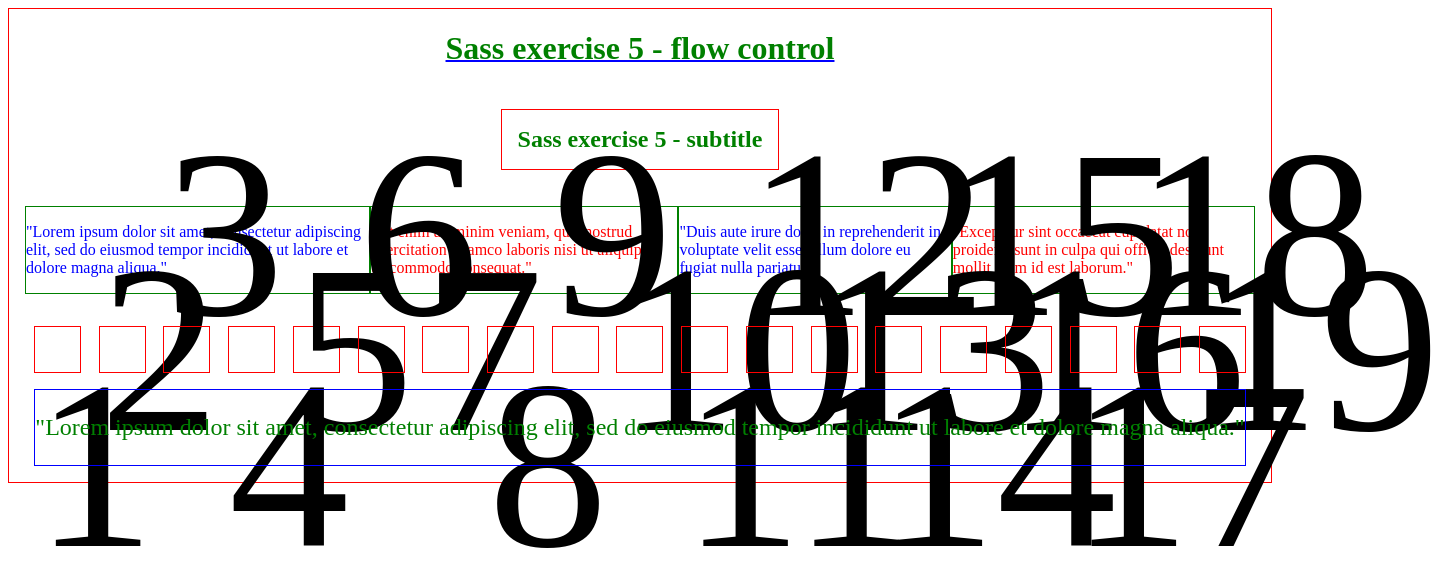
Repository: tr2cky/sass5
Page: index.html
The author's editor kept a copy of each file at every save. The page is drawn from the files as they stood at one save, then again after a run of saves.
The browser window is 1280 px wide. The page is 1440 px wide, then 1280 px, so the pictures cover 1440 px, including what lies to the right of the window. The pictures show the whole page.
The style sheet was rebuilt from its Sass, Less or Tailwind sources for each picture, by a compiler version that may differ from the author's.

Above is the page before, as saved 2022-10-16 13:02:13.

### index.html
<!DOCTYPE html>
<html>
    <head>
        <title>Sass exercise 5 - flow control</title>
        <link rel="stylesheet" href="./style.css">
    </head>
    <body>
        <div class="exercise">
            <h1>Sass exercise 5 - flow control</h1>
            <h2>Sass exercise 5 - subtitle</h2>
            <section>
                <article>
                    <p>"Lorem ipsum dolor sit amet, consectetur adipiscing elit, sed do eiusmod tempor incididunt ut labore et dolore magna aliqua."</p>
                </article>
                <article>
                    <p>"Ut enim ad minim veniam, quis nostrud exercitation ullamco laboris nisi ut aliquip ex ea commodo consequat."</p>
                </article>
                <article>
                    <p>"Duis aute irure dolor in reprehenderit in voluptate velit esse cillum dolore eu fugiat nulla pariatur."</p>
                </article>
                <article>
                    <p>"Excepteur sint occaecat cupidatat non proident, sunt in culpa qui officia deserunt mollit anim id est laborum."</p>
                </article>
            </section>
            <section class="numbers">
                <div class="fs-1rem">1</div>
                <div class="fs-2rem">2</div>
                <div class="fs-3rem">3</div>
                <div class="fs-1rem">4</div>
                <div class="fs-2rem">5</div>
                <div class="fs-3rem">6</div>
                <div class="fs-2rem">7</div>
                <div class="fs-1rem">8</div>
                <div class="fs-3rem">9</div>
                <div class="fs-2rem">10</div>
                <div class="fs-1rem">11</div>
                <div class="fs-3rem">12</div>
                <div class="fs-2rem">13</div>
                <div class="fs-1rem">14</div>
                <div class="fs-3rem">15</div>
                <div class="fs-2rem">16</div>
                <div class="fs-1rem">17</div>
                <div class="fs-3rem">18</div>
                <div class="fs-2rem">19</div>
            </section>
            <section>
                <article>
                    <p>"Lorem ipsum dolor sit amet, consectetur adipiscing elit, sed do eiusmod tempor incididunt ut labore et dolore magna aliqua."</p>
                </article>
            </section>
        </div>
    </body>
</html>

### style.scss
@use "module1.scss";
@use "module2.scss";
@import "module3.scss";
$color-primary: module1.$color-primary;
$color-secondary: module1.$color-secondary;
$color-tertiary: module1.$color-tertiary;
$sizes: 1rem, 2rem, 3rem;
.numbers {
    grid-area: 4 / 1 / 5 / 5;
    display: flex;
    justify-content: space-around;

    & div {
        border: toRem(1) solid $color-primary;
        width: toRem(45);
        height: toRem(45);
    }
    @each $size in $sizes {
        & div {
            font-size: $size * 5;
        }
    }
    & .fs-2rem {
        display: flex;
        align-items: center;
    }
    & .fs-3rem {
        display: flex;
        align-items: flex-end;
    }
}

### module1.scss
$color-primary: red;
$color-secondary: blue;
$color-tertiary: green;

@import "module3.scss";
.exercise {
    display: grid;
    grid-template-columns: repeat(4, 1fr);
    border: toRem(1) solid $color-primary;
    h1 {
        color: $color-tertiary;
        grid-column: 1/ span 4;
        justify-self: center;
        text-decoration: underline $color-secondary toRem(2);
    }
    h2 {
        @extend h1;
        padding: toRem(16);
        border: toRem(1) solid red;
        text-decoration: none;
    }
    section {
        grid-column: 1 / 5;
        display: flex;
        margin: toRem(16);
    }
}

### module3.scss

@function toRem($value) {
    $remValue: ($value / 16) + rem;
    @return $remValue;
}

### module2.scss
@use "module1.scss";
@import "module3.scss";
$color-primary: module1.$color-primary;
$color-secondary: module1.$color-secondary;
$color-tertiary: module1.$color-tertiary;
@mixin article-card ($color, $border-color: $color-tertiary, $font-size: toRem(16)) {
    color: $color;
    border: toRem(1) solid;
    border-color: $border-color;
    font-size: $font-size;
}
section:nth-of-type(1) {
    article:nth-of-type(odd){
    @include article-card($color-secondary);
    }
    article:nth-of-type(even){
    @include article-card($color-primary);
}
}
section:nth-of-type(3) {
    article {
        @include article-card($color-tertiary, $color-secondary, toRem(24));
    }
    margin-top: toRem(0);
    place-self: center;
}

After the next 2 saves:
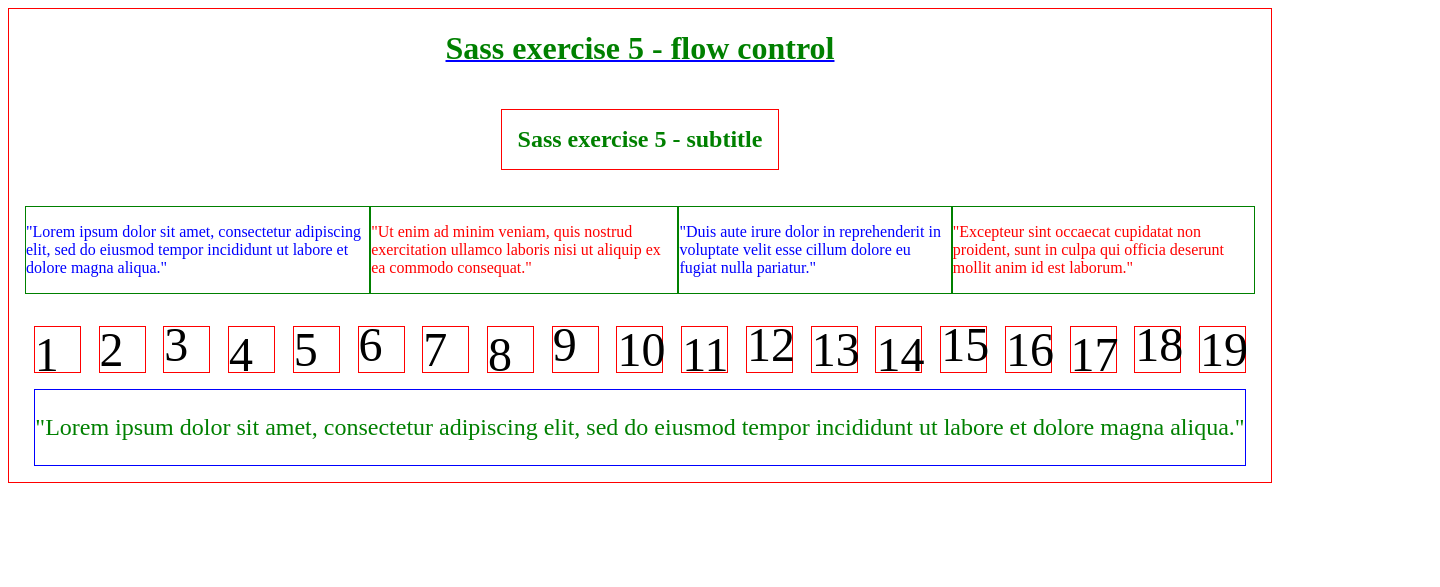
The 2 saves are shown as one change because they came seconds apart.
The last was saved 49 s later.
--- a/style.scss
+++ b/style.scss
@@ -17,7 +17,7 @@ $sizes: 1rem, 2rem, 3rem;
     }
     @each $size in $sizes {
         & div {
-            font-size: $size * 5;
+            font-size: $size * 1;
         }
     }
     & .fs-2rem {
